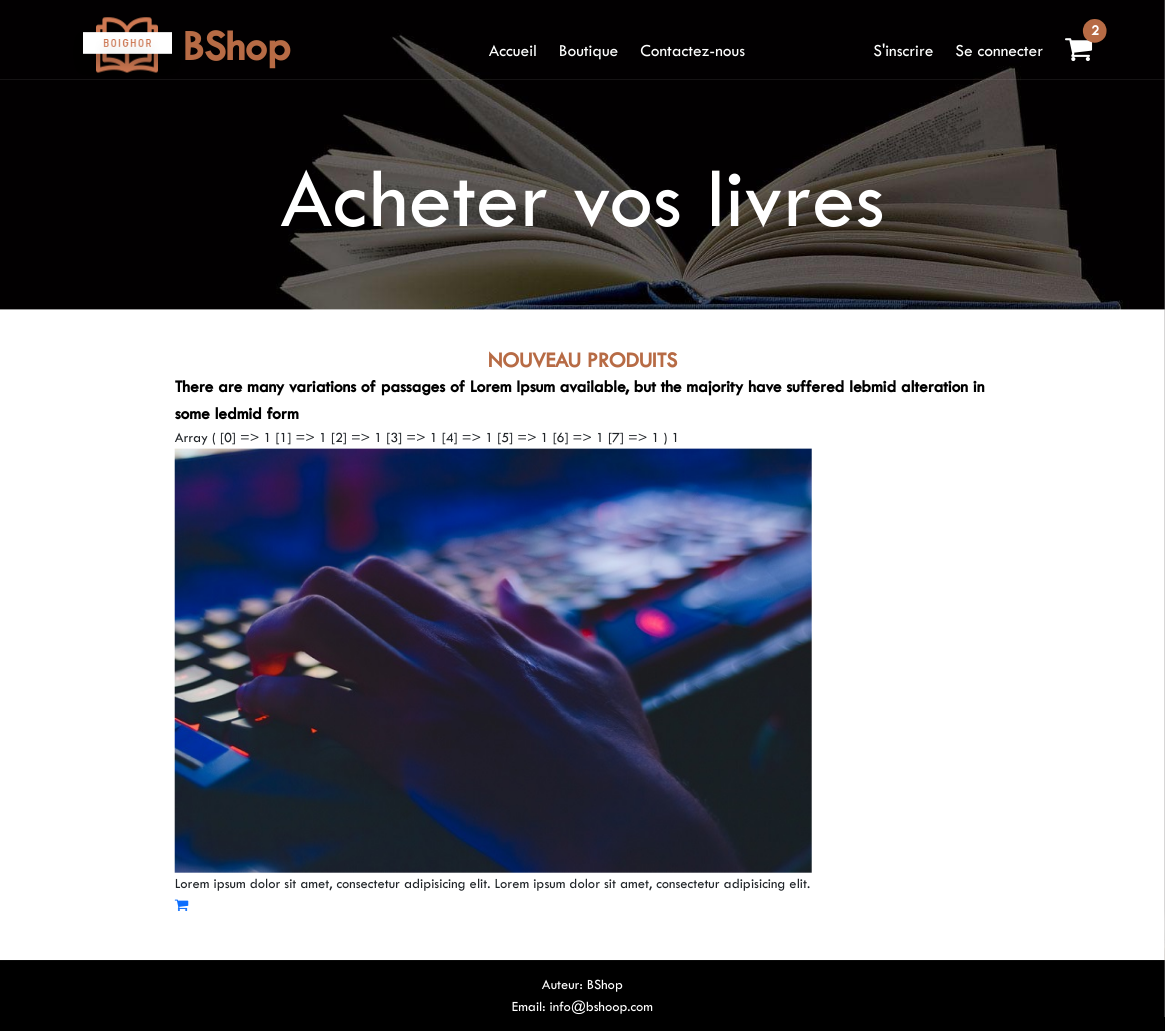
Repository: padevft/e-commerce-php
Page: http://localhost/
The author's editor kept a copy of each file at every save. The page is drawn from the files as they stood at one save, then again after the next save.
The browser window is 1280 px wide. The pictures show the whole page, at 91% of full size.
The page is run by PHP 8.4 with error messages shown; the project is at /var/www/html/.

Above is the page before, as saved 2023-09-17 23:04:42.

### index.php
<?php
    require_once('server/includes/utilitaires.inc.php');
    ?>
<!DOCTYPE html>
<html lang="en">

<head>
  <meta charset="UTF-8" />
  <meta name="viewport" content="width=device-width, initial-scale=1.0" />
  <title>Boutique en ligne</title>

  <link rel="stylesheet" href="client/css/styles.css">
  <link rel="stylesheet" href="client/utilitaires/bootstrap/css/bootstrap.min.css">
  <link rel="stylesheet" href="client/utilitaires/font-awesome-4.7.0/css/font-awesome.min.css">

</head>

<body>
  <div class="container-app">
    <?php
    require_once('server/includes/header.inc.php');
    ?>
    <main>
      <div class="d-flex align-items-center justify-content-center pt-5 container-intro">
        <span class="text-intro">
          Acheter vos livres
        </span>
      </div>
      <div class="container-products">
        <div class="d-flex flex-column align-items-center justify-content-center gap-2">
          <span class="text-intro-1"> NOUVEAU PRODUITS</span>
          <span class="text-intro-2">There are many variations of passages of Lorem Ipsum available, but the majority have suffered lebmid alteration in some ledmid form
          </span>
        </div>
        <?php
          $products = get_products();
          echo print_r($products);

         ?>

         <div class="item-product position-relative">

           <div class="img-product">
             <img src="client/images/p-2.jpg" alt="">
           </div>
           <div class="text-product">
             <span class="text-product-1">
               Lorem ipsum dolor sit amet, consectetur adipisicing elit.
             </span>
             <span class="text-product-2">
               Lorem ipsum dolor sit amet, consectetur adipisicing elit.
             </span>
           </div>
           <div class="btn-product">
             <a href="client/pages/product.php">
               <i class="fa fa-shopping-cart" aria-hidden="true"></i>
             </a>
           </div>
         </div>
         </div>
      </div>
    </main>
    <?php
    require_once('server/includes/footer.inc.php');
    ?>
    <script src="client/utilitaires/Jquery/jquery-3.6.0.min.js"></script>
    <script src="client/utilitaires/bootstrap/js/bootstrap.min.js"></script>
</body>

</html>

### server/includes/utilitaires.inc.php
<?php

function get_products(){
    $liste=array();
    $liste[0]=1;
    $liste[1]=1;
    $liste[2]=1;
    $liste[3]=1;
    $liste[4]=1;
    $liste[5]=1;
    $liste[6]=1;
    $liste[7]=1;
    return $liste;
}



?>

### server/includes/header.inc.php
<header>
    <nav class="container-nav">
        <div class="row align-items-center">
            <div class="col-12 col-sm-4">
                <div class="d-flex flex-row align-items-center">
                    <a class="container-logo" href="./index.html">
                        <img src="client/images/logo.png" />
                    </a>
                    <span class="text-logo">BShop</span>
                </div>
            </div>
            <div class="col-md-4">
                <div class="container-menu mt-2">
                    <ul class="d-flex flex-row align-items-center justify-content-end gap-4 menu">
                        <li><a href="./index.html" class="menu-item">Accueil</a></li>
                        <li><a href="./index.html" class="menu-item">Boutique</a></li>
                        <li><a href="./index.html" class="menu-item">Contactez-nous</a></li>
                    </ul>
                </div>
            </div>
            <div class="col-6 col-md-4">
                <div class="d-flex align-items-center gap-4 justify-content-end mt-2">
                    <div class="container-menu">
                        <ul class="d-flex align-items-center gap-4 menu">
                            <li> <a href="./index.html" class="menu-item">S'inscrire</a></li>
                            <li> <a href="./index.html" class="menu-item">Se connecter</a></li>
                        </ul>

                    </div>
                    <div class="position-relative container-shopping-cart">
                        <span><i class="fa fa-shopping-cart shopping-cart"></i></span>
                        <span class="position-absolute number-product">2</span>
                    </div>
                </div>

            </div>

        </div>
    </nav>
</header>

### server/includes/footer.inc.php
<footer>
    <div class="container-footer">
        <span>Auteur: BShop</span>
        <span>Email: info@bshoop.com</span>
    </div>

</footer>

### client/css/styles.css
/* var text-decoration */
@font-face {
  font-family: myfont;
  src: url(../utilitaires/fonts/ufonts.com_tw-cen-mt.ttf);
}

:root {
  --color-primary: #b76b45;
  --color-white-1: #fff;
}

* {
  transition: all 0.5s ease;
}

body {
  font-family: myfont !important;
}
h1 {
  display: inline-flex;
  position: relative;
  cursor: pointer;
}

a {
  color: unset;
  outline: unset;
  text-decoration: none !important;
}

.container-app {
  background-image: url("../images/5.jpg");
  background-repeat: no-repeat;
  background-size: cover;
}
ul {
  list-style-type: none; /* Retire les puces */
}

/*

****************************
Header
****************************

*/

header {
  padding-top: 15px;
  padding-bottom: 10px;
}

header ul {
  margin: 0 !important;
}
.container-nav {
  padding: 0 5rem;
  border-bottom: 1px solid rgba(255, 255, 255, 0.1);
}
.container-logo {
  width: 120px;
  height: 65px;
}
.container-logo img {
  width: 100%;
  height: 100%;
}
.text-logo {
  font-size: 3rem;
  font-weight: bold;
  color: var(--color-primary);
}
.menu-item {
  display: inline;
  position: relative;
  color: var(--color-white-1);
  padding-bottom: 5px;
  font-size: 1.2rem;
}

.menu-item:hover {
  color: var(--color-primary);
}
.menu-item::before {
  content: "";
  position: absolute;
  bottom: 0;
  left: 0;
  background: var(--color-primary);
  height: 2.5px;
  opacity: 1;
  visibility: visible;
  width: 0;
  -webkit-transition: 0.4s all ease-out;
  -o-transition: 0.4s all ease-out;
  transition: 0.4s all ease-out;
}
.menu-item:hover:before {
  width: 100%;
}

.number-product {
  bottom: 25px;
  font-weight: bold;
  color: var(--color-white-1);
  font-size: 1rem;
  height: 26px;
  line-height: 17px;
  width: 26px;
  background: var(--color-primary) none repeat scroll 0 0;
  border-radius: 100px;
  display: flex;
  justify-content: center;
  align-items: center;
  left: 20px;
}

.shopping-cart {
  color: var(--color-white-1);
  font-size: 2rem !important;
}
.container-shopping-cart:hover .shopping-cart {
  color: var(--color-primary);
  cursor: pointer;
  transform: scale(0.8);
}
.container-shopping-cart:hover .number-product {
  transform: scale(1.7);
  color: var(--color-primary);
  background: var(--color-white-1) none repeat scroll 0 0;
}
.text-intro{
  font-size: 6rem;
  color: var(--color-white-1);
}



/*

****************************
Main
****************************

*/


.container-intro{
  padding: 50px 0;
}
.container-products {
  background-color: var(--color-white-1);
  padding:3rem 12rem;
}
.text-intro-1{
  color: var(--color-primary);
  font-size: 1.5rem;
  font-weight: 700;
  line-height: 15px;
}

.text-intro-2{
  color: #000;
  font-size: 1.2rem;
  font-weight: 700;
}




/*

****************************
footer
****************************

*/

footer {
  background-color: var(--color-white-1);
}
.container-footer{
  background-color: #000;
  display: flex;
  flex-direction: column;
  justify-content: center;
  align-items: center;
  padding: 15px 0;
}
.container-footer span {
  color: var(--color-white-1);
}

Loaded but not shown: client/utilitaires/bootstrap/css/bootstrap.min.css (library); client/utilitaires/font-awesome-4.7.0/css/font-awesome.min.css (library); client/utilitaires/Jquery/jquery-3.6.0.min.js (library); client/utilitaires/bootstrap/js/bootstrap.min.js (library)

After the next save:
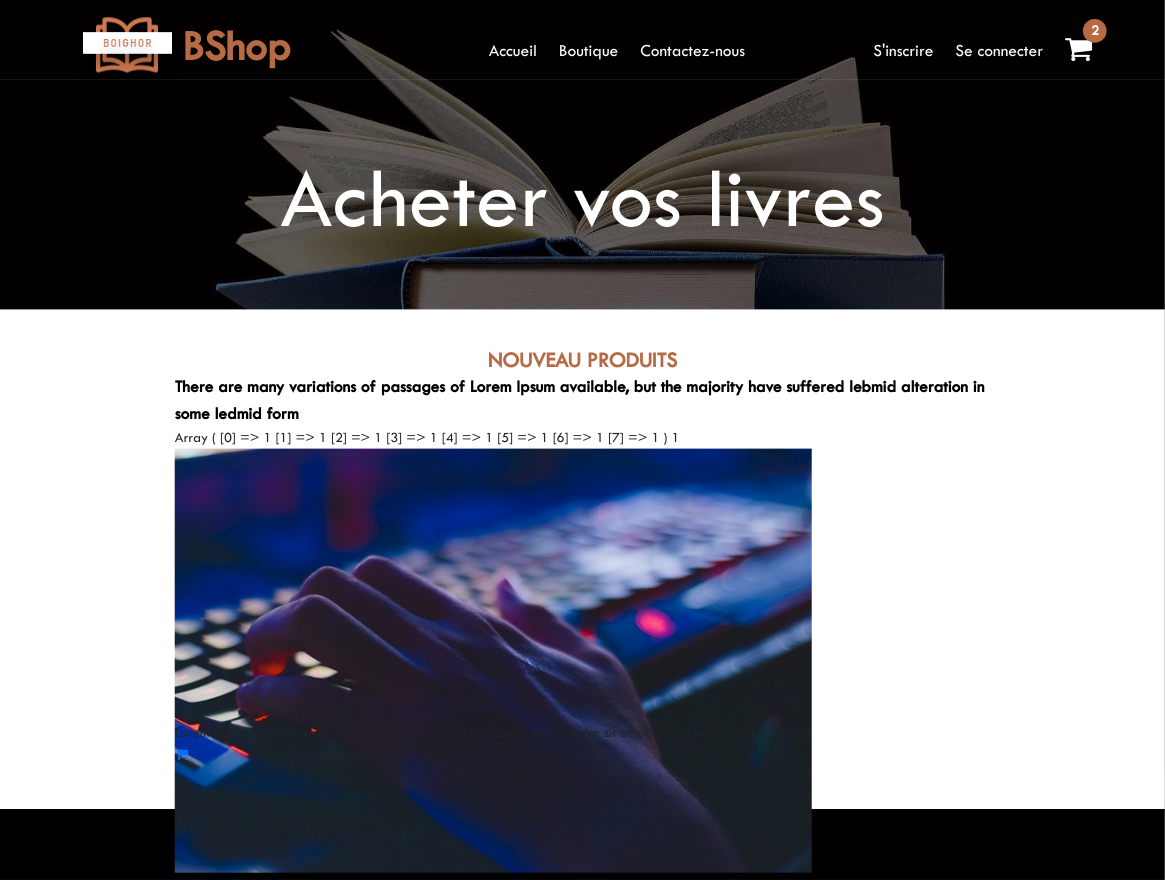
Saved 2 min 28 s later.
--- a/client/css/styles.css
+++ b/client/css/styles.css
@@ -165,6 +165,13 @@
   font-weight: 700;
 }
 
+.item-product .img-product {
+  width: 100%;
+    height: 300px;
+    object-fit: cover;
+    border-radius: 15px;
+}
+
 
 
 

After the save that followed:
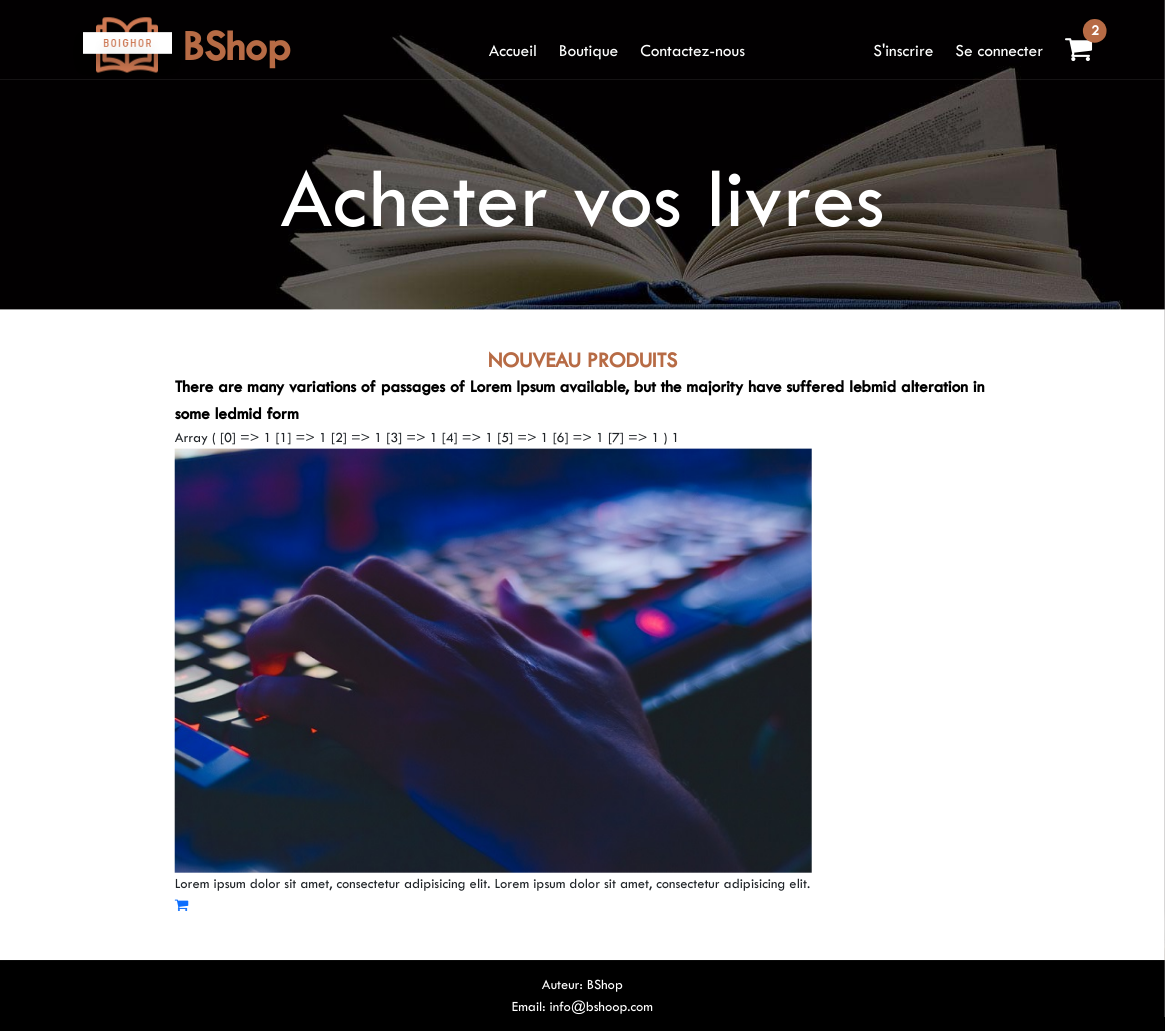
Saved 112 s later.
--- a/client/css/styles.css
+++ b/client/css/styles.css
@@ -167,8 +167,8 @@
 
 .item-product .img-product {
   width: 100%;
-    height: 300px;
-    object-fit: cover;
+    /* height: 300px; */
+    /* object-fit: cover; */
     border-radius: 15px;
 }
 
